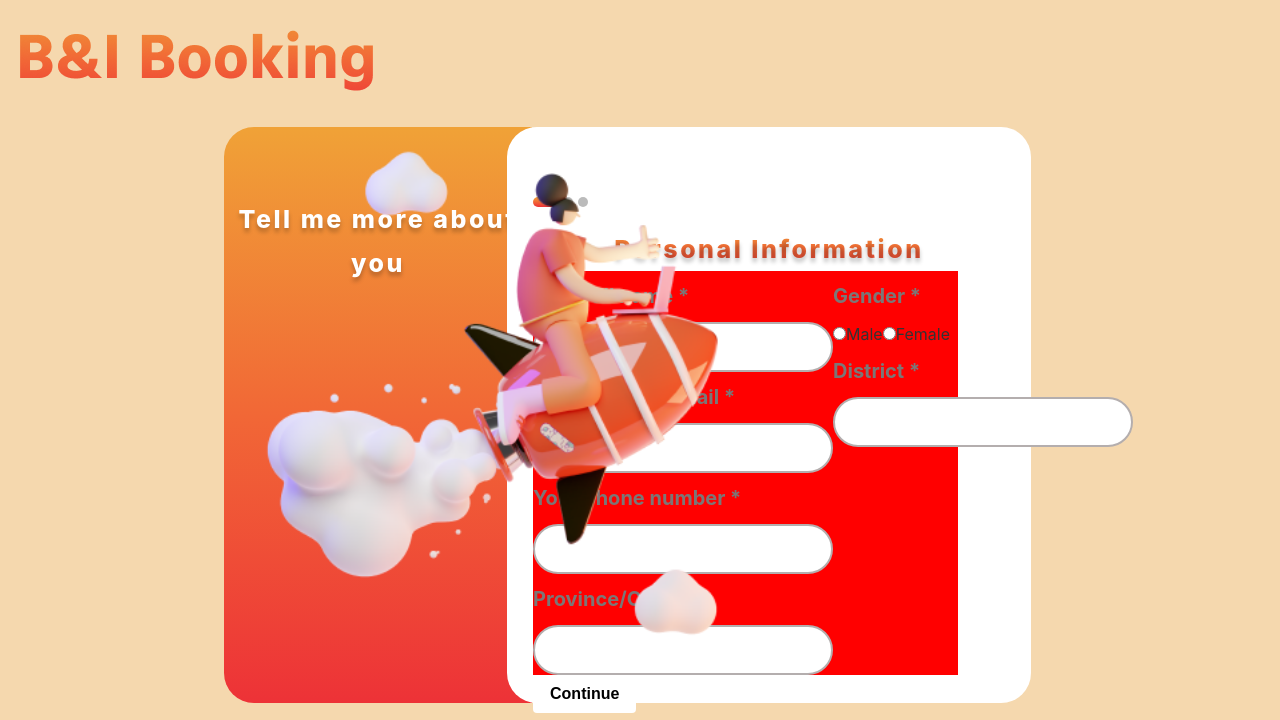
Repository: Grand-Line-PNV/FE-BIBooking
Page: /
The author's editor kept a copy of each file at every save. The page is drawn from the files as they stood at one save, then again after the next save.
The browser window is 1280 px wide. The pictures show the whole page.
The project was rebuilt for these pictures with package versions that can differ from the ones it lists, and the page was loaded fresh each time. Also part of the build but not shown: src/App.css.

Above is the page before, as saved 2023-02-06 10:19:59.

After the next save:
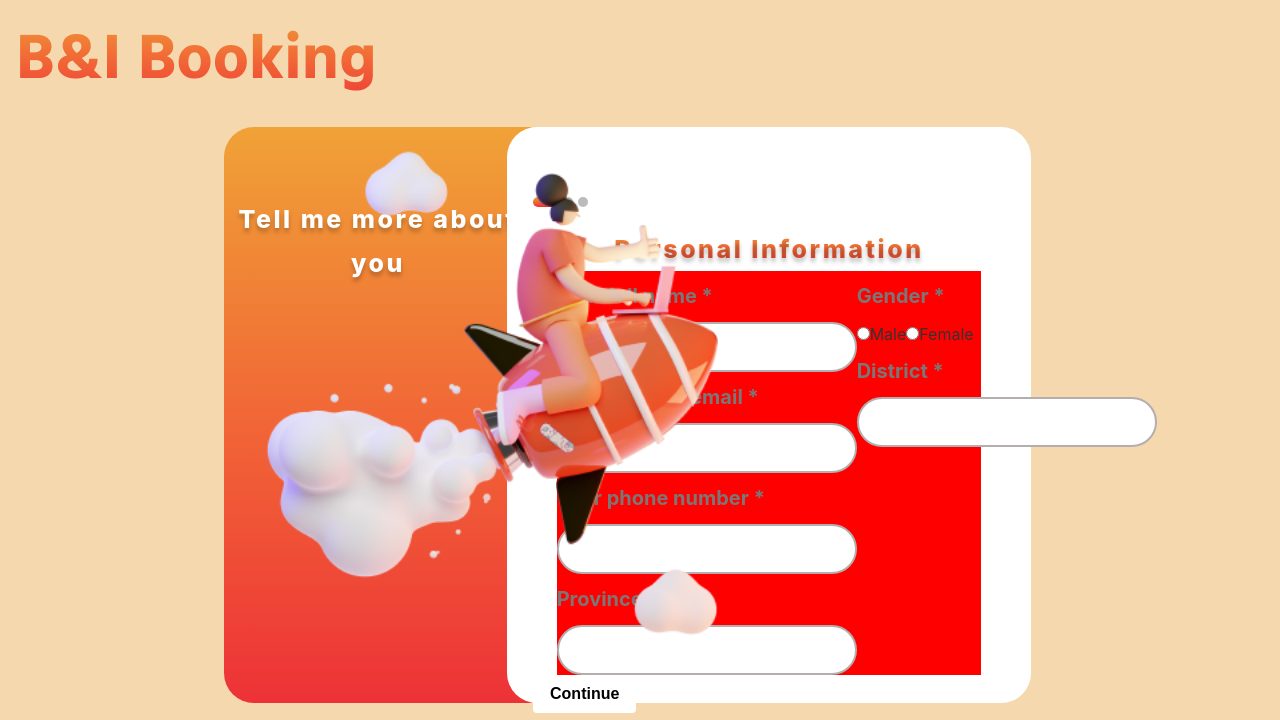
Saved 5 s later.
--- a/src/view/pages/Influencers/PersonalInformation/PersonalInformation.module.scss
+++ b/src/view/pages/Influencers/PersonalInformation/PersonalInformation.module.scss
@@ -100,9 +100,9 @@
             }
             & .form {
               display: flex;
-          background-color: red;
-          width: 90%;
-          mar
+              background-color: red;
+              width: 90%;
+              margin: 0 auto;
               & .form-control-left {
               }
               & .form-group {
